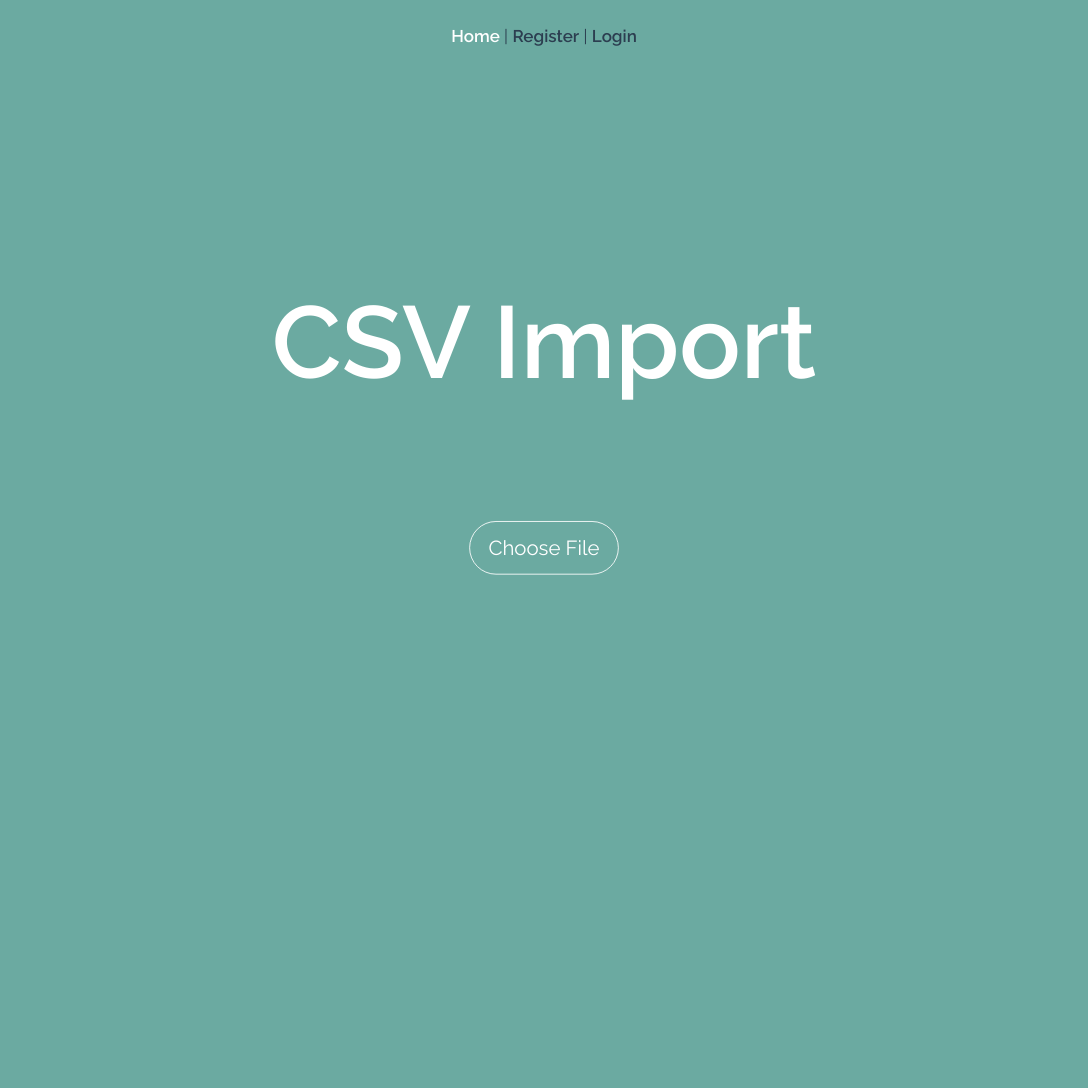
Repository: Flypr/licentaCSV
Page: /
The author's editor kept a copy of each file at every save. The page is drawn from the files as they stood at one save, then again after the next save.
The browser window is 1280 px wide. The pictures show the whole page, at 85% of full size.
The project was rebuilt for these pictures with package versions that can differ from the ones it lists, and the page was loaded fresh each time.

Above is the page before, as saved 2021-03-16 18:19:09.

### public/index.html
<!DOCTYPE html>
<html lang="">
  <head>
    <meta charset="utf-8">
    <meta http-equiv="X-UA-Compatible" content="IE=edge">
    <meta name="viewport" content="width=device-width,initial-scale=1.0">
    <link rel="icon" href="<%= BASE_URL %>favicon.ico">
    <title><%= htmlWebpackPlugin.options.title %></title>

    <link rel="preconnect" href="https://fonts.gstatic.com">
    <link
        href="https://fonts.googleapis.com/css2?family=Raleway:ital,wght@0,200;0,300;0,400;0,600;1,100;1,200;1,300;1,400&display=swap"
        rel="stylesheet">
    <!-- <link rel="stylesheet" type="text/css" href="../src/assets/style.css"> -->

  </head>
  <body>
    <noscript>
      <strong>We're sorry but <%= htmlWebpackPlugin.options.title %> doesn't work properly without JavaScript enabled. Please enable it to continue.</strong>
    </noscript>
    <div id="app"></div>
    <!-- built files will be auto injected -->
  </body>
</html>

### src/App.vue
<template>
  <div id="app">
    <Nav></Nav>
    <router-view />
  </div>
</template>

<script>
import Nav from '@/components/Nav'
export default {
  name: 'App',
  components: {
    Nav
  }
}
</script>

<style>
html,
body {
    margin: 0;
    padding: 0;
    font-size: 20px;
    font-family: Raleway, Arial, Helvetica, sans-serif;
}

#app {
  font-family: Raleway, Helvetica, Arial, sans-serif;
  -webkit-font-smoothing: antialiased;
  -moz-osx-font-smoothing: grayscale;
  text-align: center;
  /* width: 100vw; */
  height: 100vw;
  background-color: #6baaa1;
  color: #2c3e50;
  margin: 0;
  padding: 0;
}
</style>

### src/router/index.js
import Vue from "vue";
import VueRouter from "vue-router";

Vue.use(VueRouter);

const routes = [
  {
    path: "/",
    name: "Home",
    component: () =>
      import(/* webpackChunkName: "Home" */ "../views/Home.vue")
  },
  {
    path: "/register",
    name: "Register",
    component: () =>
      import(/* webpackChunkName: "register" */ "../views/Register.vue")
  },
  {
    path: "/login",
    name: "Login",
    component: () =>
      import(/* webpackChunkName: "login" */ "../views/Login.vue")
  }
];

const router = new VueRouter({
  mode: 'history',
  routes
});

export default router;

### src/components/Nav.vue
<template>
    <div id="nav">
      <router-link to="/">Home</router-link> |
      <router-link to="/register">Register</router-link> |
      <router-link to="/login">Login</router-link>
    </div>
</template>

<script>
export default {
    name: 'Nav'
}
</script>

<style scoped>
#nav {
  padding: 30px;
}

#nav a {
  font-weight: bold;
  color: #2c3e50;
  text-decoration: none;
}

#nav a:hover,
#nav a:active {
  color: #fff;
}

#nav a.router-link-exact-active {
  color: #fff;
}
</style>

### src/views/Home.vue
<template>
    <div class="container">
        <div class="row">
            <div class="title-text">
                <p>CSV Import</p>
            </div>
        </div>
        <div class="row file-btn">
            <label class="custom-file-upload">
                <input type="file" id="csv" name="csv_file" class="button-control" @change="loadCSV($event)">
                Choose File
            </label>
        </div>
        <table v-if="parse_csv">
            <thead>
                <tr>
                    <th v-for="key in parse_header"
                        @click="sortBy(key)"
                        :class="{ active: sortKey == key }"
                        :key="key"
                    >
                        {{ key | capitalize }}
                        <span class="arrow" :class="sortOrders[key] > 0 ? 'asc' : 'dsc'"></span>
                    </th>
                </tr>
            </thead>
            <tr v-for="csv in parse_csv" :key="csv">
                <td v-for="key in parse_header" :key="key">
                    {{ csv[key] }}
                </td>
            </tr>
        </table>
    </div>
</template>

<script>
export default {
    name: 'Home',
    data() {
        return {
            channel_name: '',
            channel_fields: [],
            channel_entries: [],
            parse_header: [],
            parse_csv: [],
            sortOrders:{},
            sortKey: '',
            result: []
        }
    },
    filters: {
      capitalize: function (str) {
        return str.charAt(0).toUpperCase() + str.slice(1)
      }
    },
    methods: {
      sortBy(key) {
        var vm = this
        vm.sortKey = key
        vm.sortOrders[key] = vm.sortOrders[key] * -1
      },
      csvJSON(csv){
        var vm = this
        var lines = csv.split("\n")
        var result = []
        var headers = lines[0].split(",")
        vm.parse_header = lines[0].split(",")
        lines[0].split(",").forEach(function (key) {
          vm.sortOrders[key] = 1
        })

        lines.map(function(line, indexLine){
          if (indexLine < 1) return // Jump header line

          var obj = {}
          var currentline = line.split(",")

          headers.map(function(header, indexHeader){
            obj[header] = currentline[indexHeader]
          })

          result.push(obj)
        })

        result.pop() // remove the last item because undefined values

        return result // JavaScript object
      },
      loadCSV(e) {
        var vm = this
        if (window.FileReader) {
          var reader = new FileReader();
          reader.readAsText(e.target.files[0]);
          // Handle errors load
          reader.onload = function(event) {
            var csv = event.target.result;
            vm.parse_csv = vm.csvJSON(csv)

          };
          reader.onerror = function(evt) {
            if(evt.target.error.name == "NotReadableError") {
              alert("Canno't read file !");
            }
          };
        } else {
          alert('FileReader are not supported in this browser.');
        }
      },

    }
}
</script>

<style scoped>
/* html,
body {
    margin: 0;
    padding: 0;
    font-size: 20px;
    font-family: Raleway, Arial, Helvetica, sans-serif;
}

.container {
    width: 100vw;
    height: 100vw;
    background-color: #6baaa1;
} */

.title-text {
    padding-top: 10%;
    font-size: 600%;
    font-weight: 600;
    text-align: center;
    color: #fff;
}

.file-btn {
    padding: 20px;
    text-align: center;
}

input[type=file] {
    display: none;
}

.custom-file-upload,
.custom-file-upload:visited {
    border: 1px solid #fff;
    border-radius: 50px;
    display: inline-block;
    padding: 16px 22px;
    cursor: pointer;
    font-size: 120%;
    font-weight: 400;
    color: #fff;
    transition: background-color 0.2s, color 0.2s;
}

.custom-file-upload:hover {
    background-color: #fff;
    color: #6baaa1;
}

h1,
h2,
h3,
h4,
h5,
h6 {
    margin: 0;
}

table {
    border-collapse: collapse;
    margin: 50px auto;
}

thead {
    background-color: #fff;
    color: #6baaa1;
}

tbody {
    color: #fff;
}

td,
th {
    border: 1px solid #fff;
    text-align: left;
    padding: 16px 26px;
}
</style>

Loaded but not shown: src/main.js (common file); src/store/index.js (common file)

After the next save:
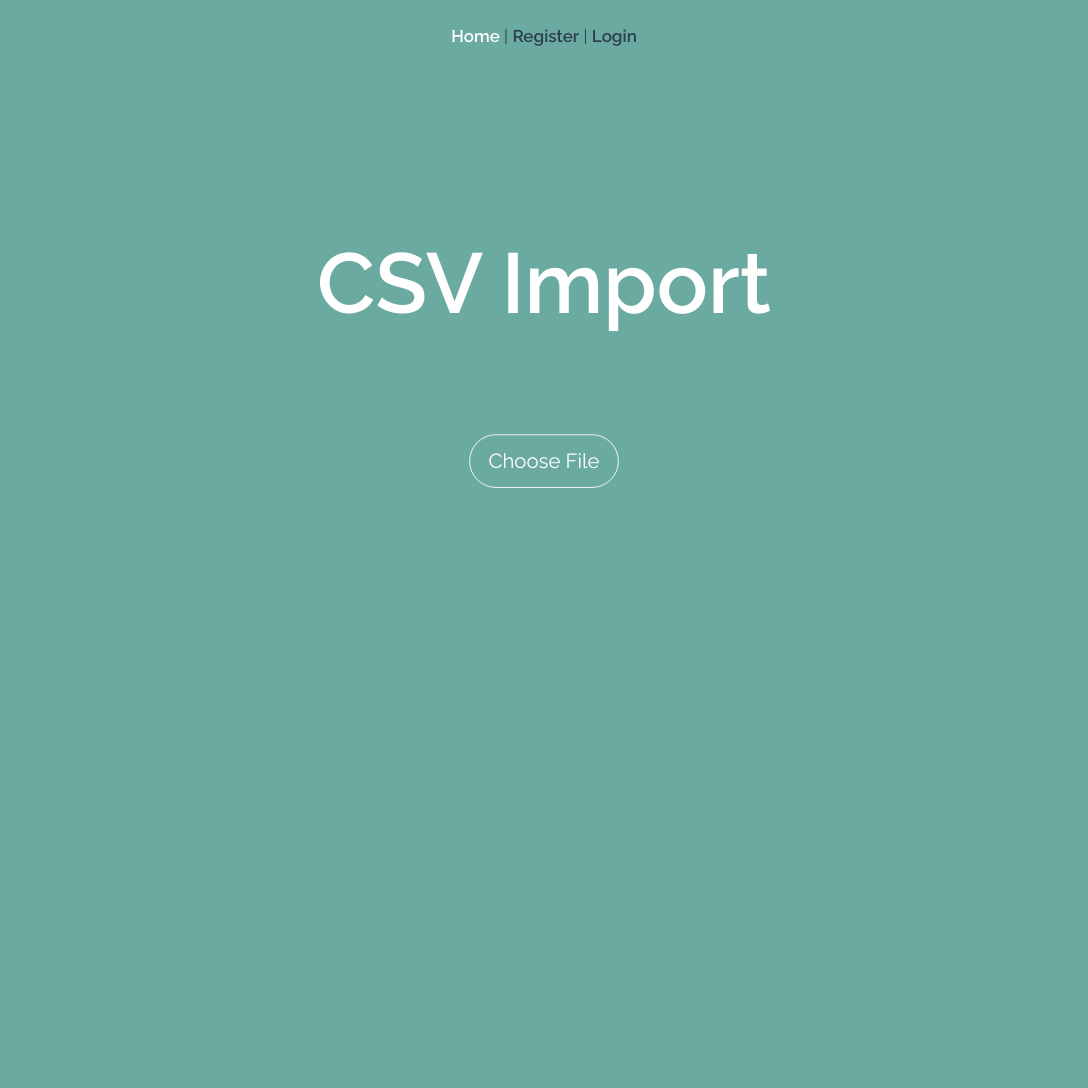
Saved 55 s later.
--- a/src/views/Home.vue
+++ b/src/views/Home.vue
@@ -127,8 +127,8 @@ body {
 } */
 
 .title-text {
-    padding-top: 10%;
-    font-size: 600%;
+    padding-top: 7%;
+    font-size: 500%;
     font-weight: 600;
     text-align: center;
     color: #fff;
